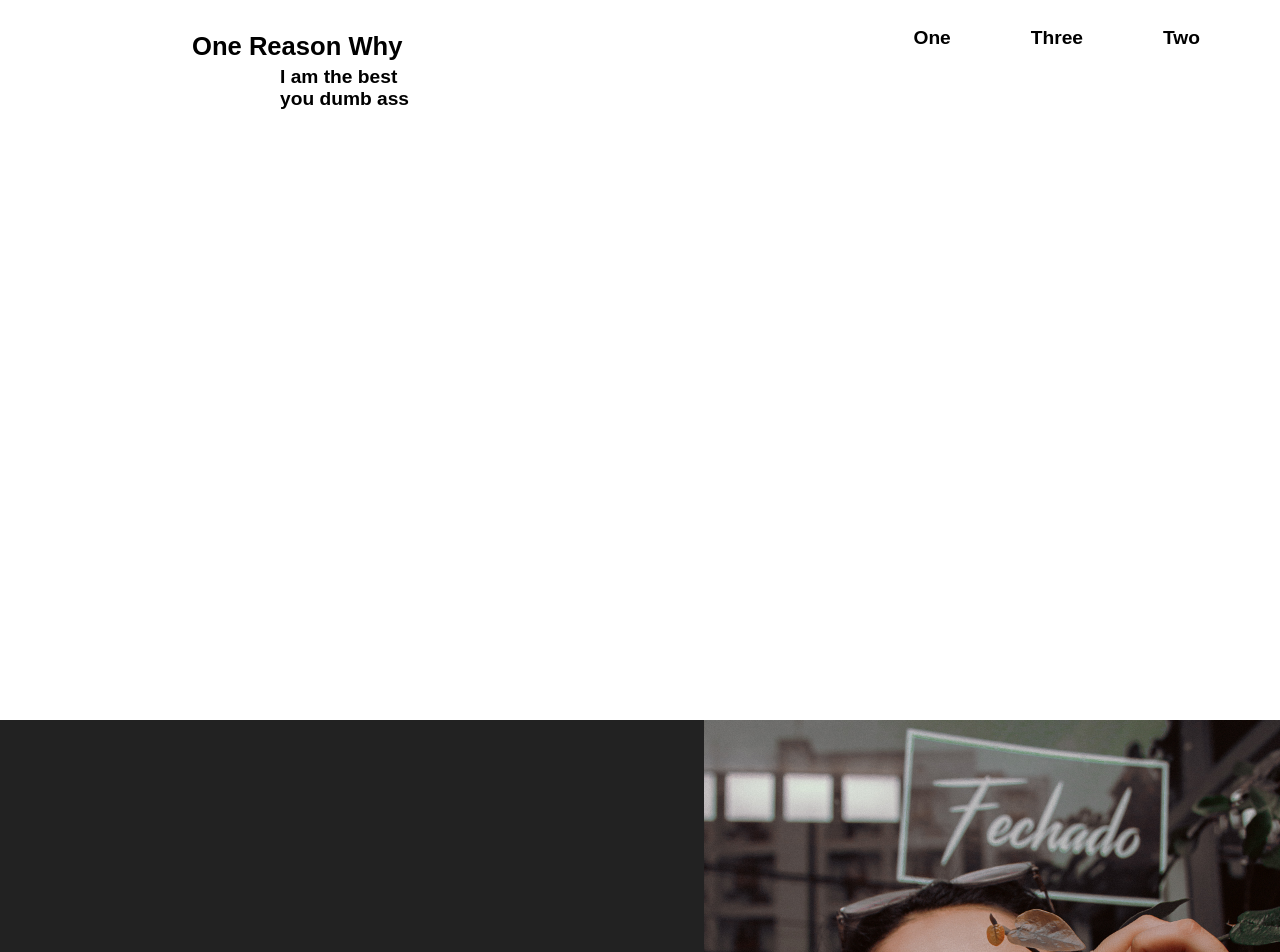
Repository: Imprasna/scrollmagic
Page: index.html
The author's editor kept a copy of each file at every save. The page is drawn from the files as they stood at one save, then again after the next save.
The browser window is 1280 px wide. The pictures show the part of the page from y = 0 to 952 px (the page is 2200 px tall).
A picture or video elsewhere on the page could not be fetched, so the positions and the page height are approximate. Some web fonts or font styles are not loaded; a fallback is used. Some web libraries are served in a nearby version.

Above is the page before, as saved 2021-11-14 18:20:56.

After the next save:
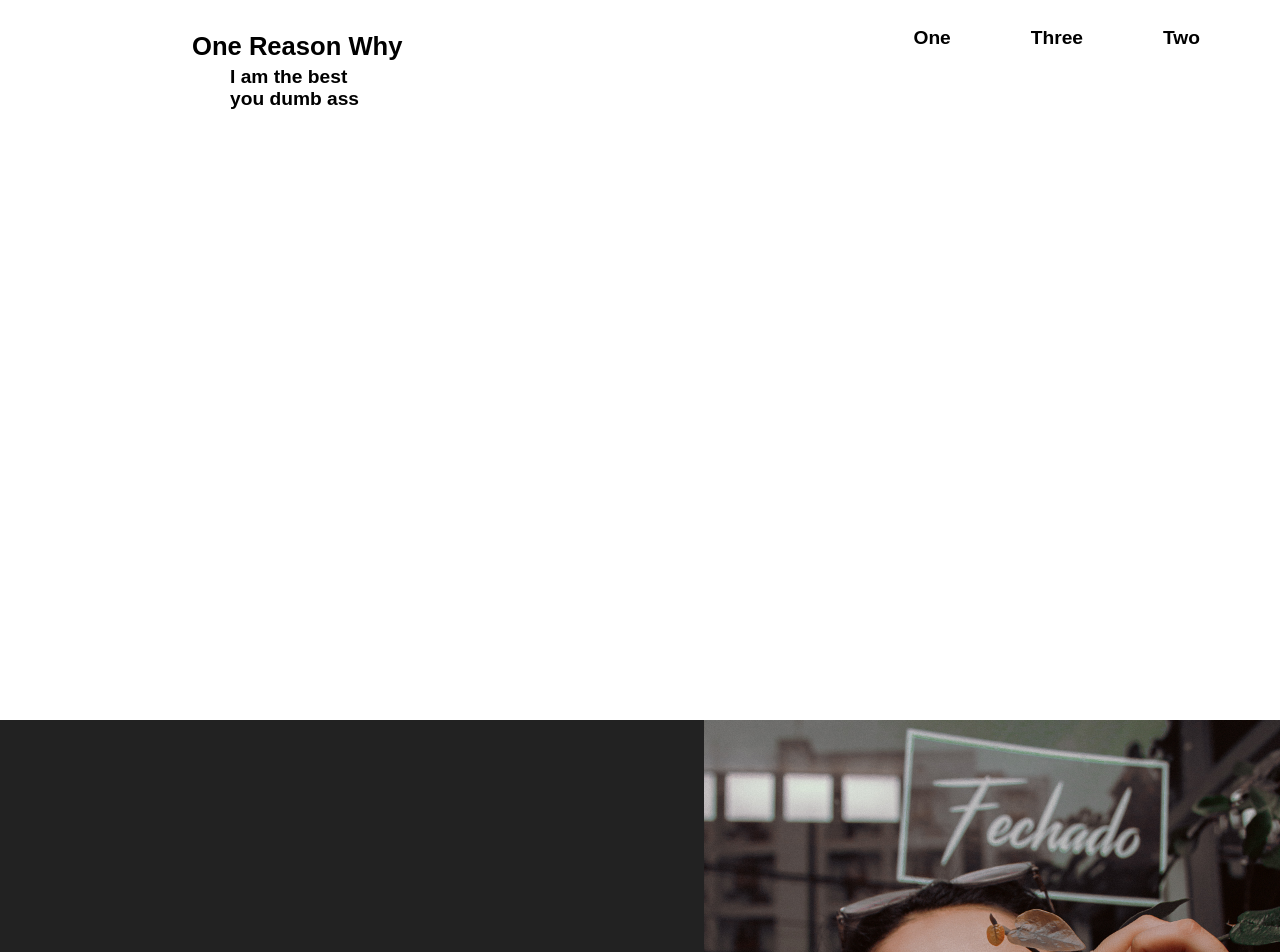
Saved 10 s later.
--- a/app.js
+++ b/app.js
@@ -27,5 +27,5 @@ let tl3 = gsap.timeline({
     },
 });
 
-tl.fromTo(".sliding-text", { x:200 }, { y:50 });
+tl.fromTo(".sliding-text", { x:150 }, { y:50 });
 tl2.fromTo(".logo", {scale: 6}, {scale: 1, top: "2rem", left: "12rem", x: "50%", y: "50%", pin: true});
